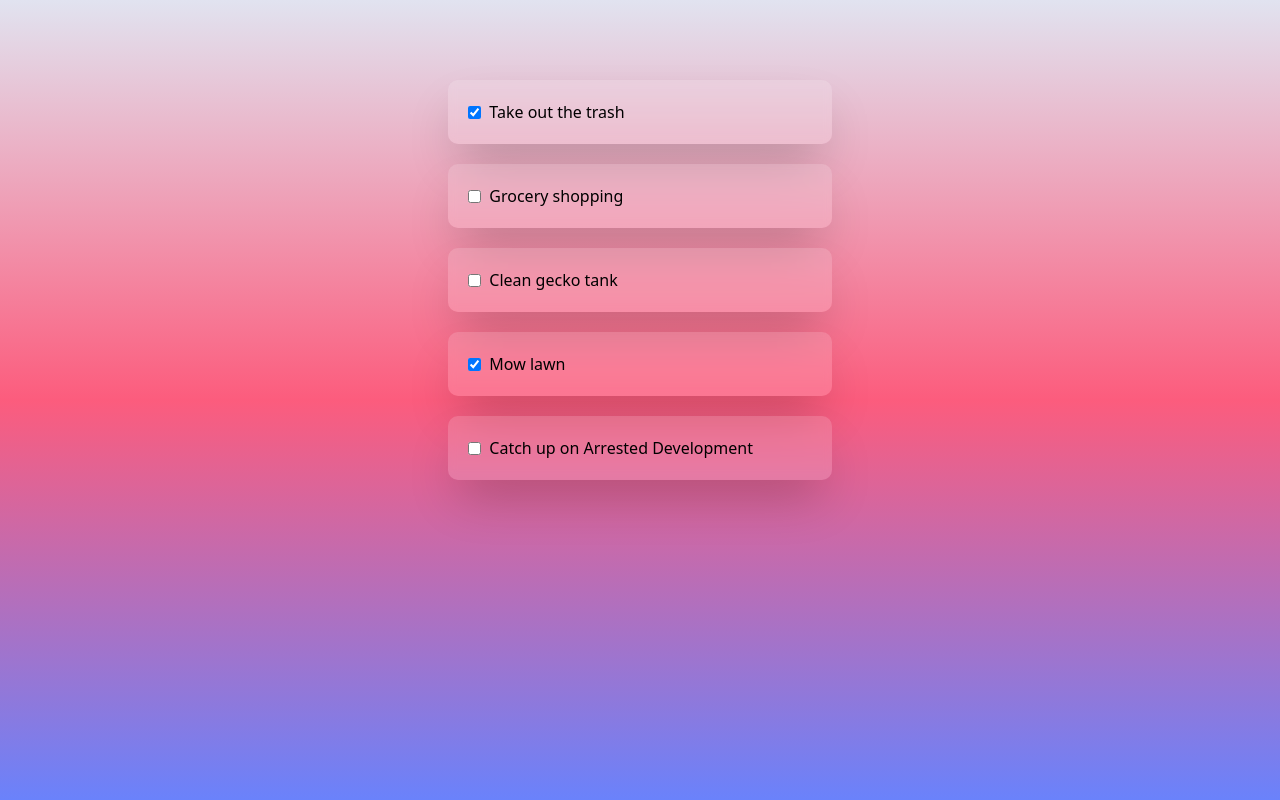
Repository: latenightsnacc/Checked
Page: /
An editor plug-in stored every save of this project. The page is shown before and after the next save, followed by the edit.
The browser window is 1280 px wide. The pictures show the whole page.
The project was rebuilt for these pictures with package versions that can differ from the ones it lists, and the page was loaded fresh each time. Also part of the build but not shown: craco.config.js.

Above is the page before, as saved 2020-12-20 09:39:50.

### src/index.css
/* @tailwind base;
@tailwind components;
@tailwind utilities; */

@import "tailwindcss/base";

@import "tailwindcss/components";

@import "tailwindcss/utilities";
body {
    background: #FC5C7D;  /* fallback for old browsers */
    background: -webkit-linear-gradient(to bottom,#e1e3f0, #FC5C7D,#6A82FB );  /* Chrome 10-25, Safari 5.1-6 */
    background: linear-gradient(to bottom, #e1e3f0, #FC5C7D, #6A82FB); /* W3C, IE 10+/ Edge, Firefox 16+, Chrome 26+, Opera 12+, Safari 7+ */
    background-repeat: no-repeat;
    width: 100%;
    min-height: 100vh;
    overflow-x: hidden;

}

.blur {
    background: rgba(255, 255, 255, 0.15);
    backdrop-filter: blur(4px);
    -webkit-backdrop-filter: blur(4px);
    border-radius: 10px;

  }

.blur:hover {
    border: 1px solid rgba(255, 255, 255, 0.15);
}

### src/App.js
import ToDoTask from './components/ToDoTask'
import todo from './todolist'
import React, {Component} from 'react'

class App extends Component {
  constructor(props) {
    super(props)
    this.state = {
      todos: todo
    }
    this.handleChange = this.handleChange.bind(this)
  }

  handleChange(id) {
    this.setState(prevState => {
      const updatedToDos = prevState.todos.map( todo => {
        if (todo.id === id) {
          todo.completed = !todo.completed
        }
        return todo
      })
      return {
        todos: updatedToDos
      }
    })
  }

  render(){
    const toDoList = todo.map(task => <ToDoTask key={task.id} item={task} handleChange={this.handleChange} />)

    return (
      <div className="mx-auto">

        <div className="container mt-20">
          {toDoList}
        </div>

      </div>
    );
  }
}

export default App;

### src/components/ToDoTask.js
import React from "react"

class ToDoTask extends React.Component {
    render() {
        return (
            <>
                <div className="max-w-sm blur shadow-2xl mx-auto mt-5 h-auto flex items-center p-5">
                    <input type="checkbox" checked={this.props.item.completed}
                        onChange= {() => this.props.handleChange(this.props.item.id)} />
                    <p>&nbsp; {this.props.item.text}</p>
                </div>
            </>
        )
    }


}

export default ToDoTask

Loaded but not shown: public/index.html (common file); src/index.js (common file); src/reportWebVitals.js (common file); src/todolist.js (common file); tailwind.config.js (common file)

After the next save:
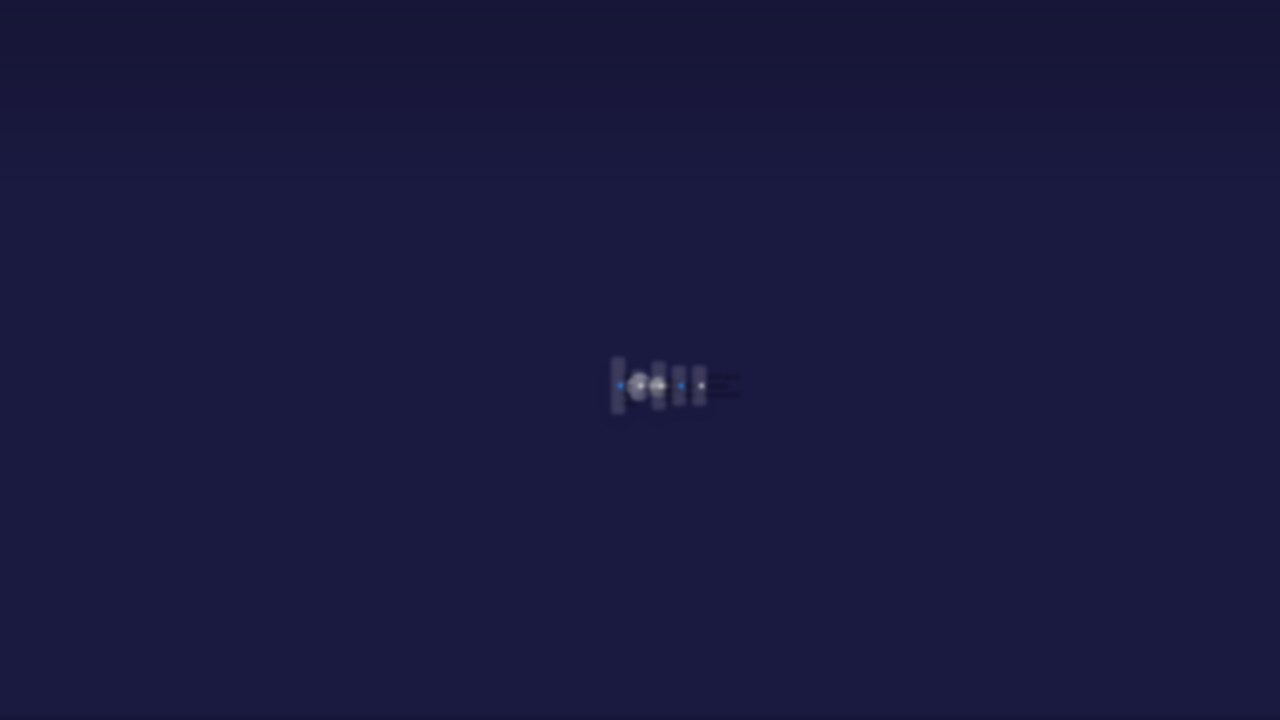
Saved 78 min 38 s later.
--- a/src/index.css
+++ b/src/index.css
@@ -29,3 +29,65 @@ body {
 .blur:hover {
     border: 1px solid rgba(255, 255, 255, 0.15);
 }
+
+:root {
+	--yellow: #feb60a;
+	--red: #ff0062;
+	--blue: #00dbf9;
+	--violet: #da00f7;
+}
+	body {
+	margin: 0;
+	display: flex;
+	justify-content: center;
+	align-items: center;
+	height: 100vh;
+	background-color: #1a1940;
+  background-image: linear-gradient(180deg, rgba(0,0,0,0.15) 0%, rgba(0,153,212,0) calc(15% + 100px), rgba(0,99,138,0) calc(85% + 100px), rgba(0,0,0,0.15) 100%);
+}
+div.container {
+	display: flex;
+	justify-content: center;
+	align-items: center;
+}
+div > div {
+	width: 3vw;
+	height: 3vw;
+	border-radius: 100%;
+	margin: 2vw;
+	background-image: linear-gradient(145deg, rgba(255,255,255,0.5) 0%, rgba(0,0,0,0) 100%);
+	animation: bounce 1.5s 0.5s linear infinite;
+}
+.yellow {
+	background-color: var(--yellow);
+}
+
+.red {
+	background-color: var(--red);
+	animation-delay: 0.1s;
+}
+
+.blue {
+	background-color: var(--blue);
+	animation-delay: 0.2s;
+}
+
+.violet {
+	background-color: var(--violet);
+	animation-delay: 0.3s;
+}
+
+@keyframes bounce {
+	0%, 50%, 100% {
+		transform: scale(1);
+		filter: blur(0px);
+	}
+	25% {
+		transform: scale(0.6);
+		filter: blur(3px);
+	}
+	75% {
+		filter: blur(3px);
+		transform: scale(1.4);
+	}
+}
